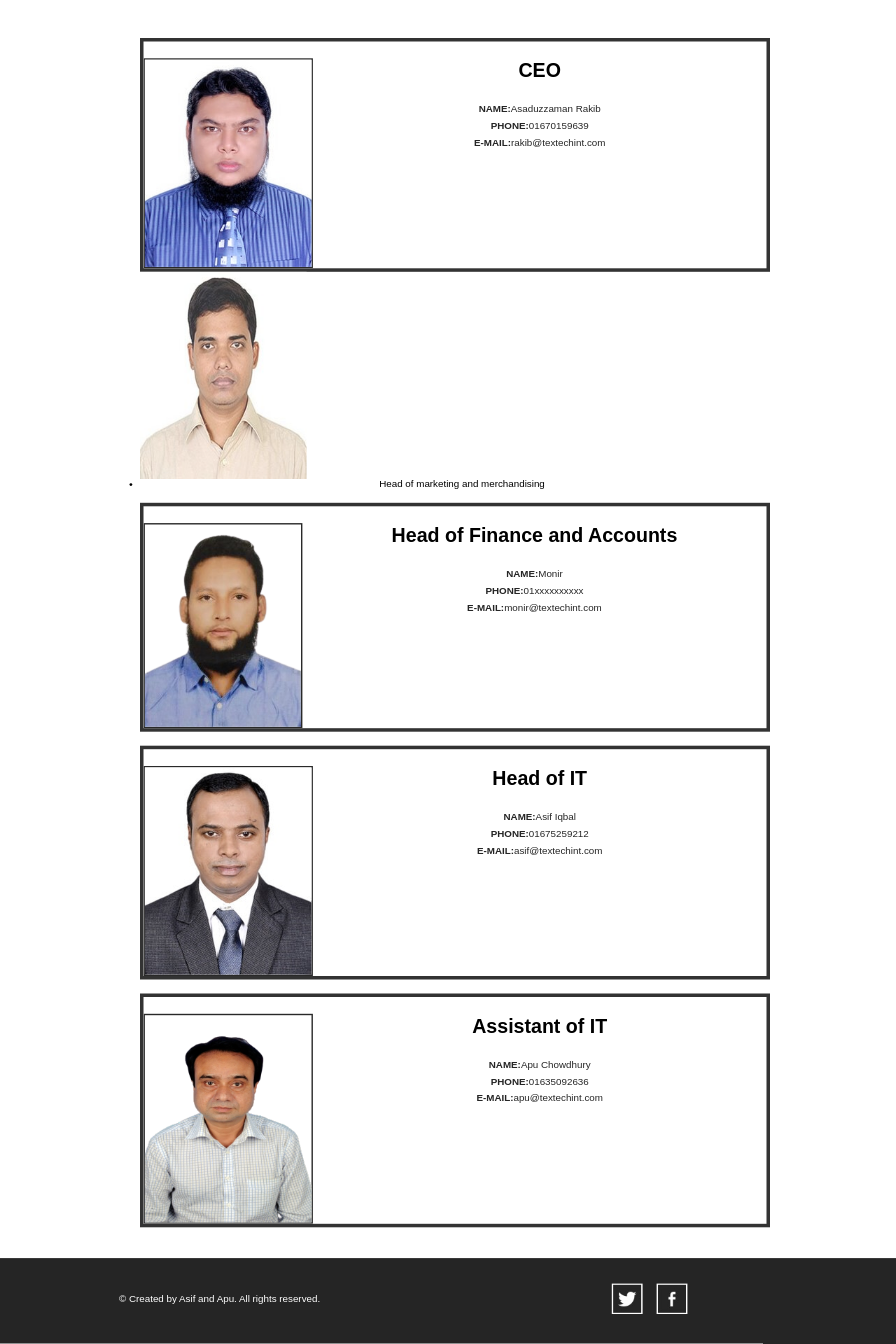
Repository: asifdotpy/textechint
Page: index.html
These files come from the project's save history. The page is drawn as it stood at one moment and after a run of saves; the edit follows.
The browser window is 1280 px wide. The pictures show the part of the page from y = 1415 to 3335 px (the page is 3335 px tall before and 3046 px after), at 70% of full size.

Above is the page before, as saved 2021-02-23 01:30:56.

After the next 3 saves:
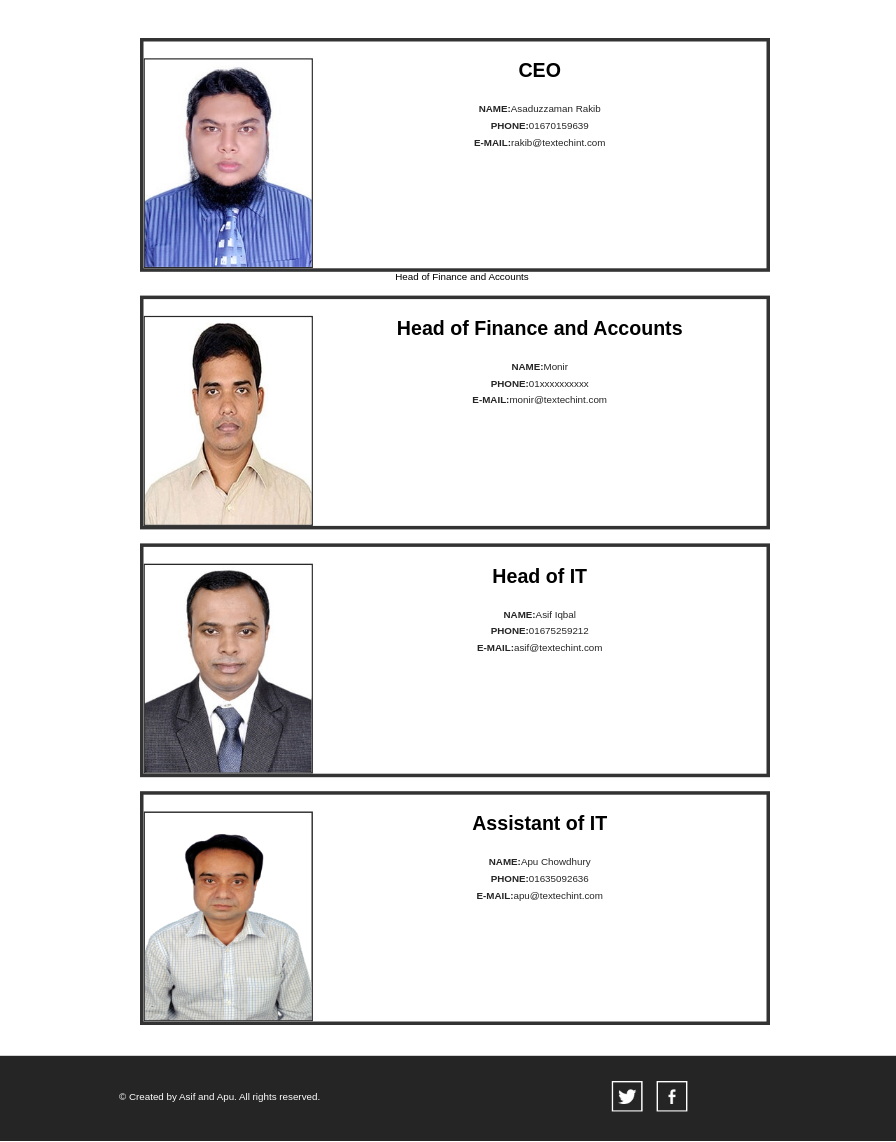
The 3 saves are shown as one change because they came seconds apart.
The last was saved 17 s later.
--- a/index.html
+++ b/index.html
@@ -59,12 +59,9 @@
 					<p><b>E-MAIL:</b>rakib@textechint.com</p>
 			   </div>
 			</div>
-			<li>
-					<img src="images/sabuz.jpg" alt="Sobuz">
-					<span>Head of marketing and merchandising</span>
-			</li>
+			Head of Finance and Accounts
 			<div class="post-container">
-				<div class="post-thumb"><img src="images/monir.jpg" /></div>
+				<div class="post-thumb"><img src="images/sabuz.jpg" /></div>
 				<div class="post-content">
 					<h3 class="post-title">Head of Finance and Accounts</h3>
 					<p><b>NAME:</b>Monir</p>
